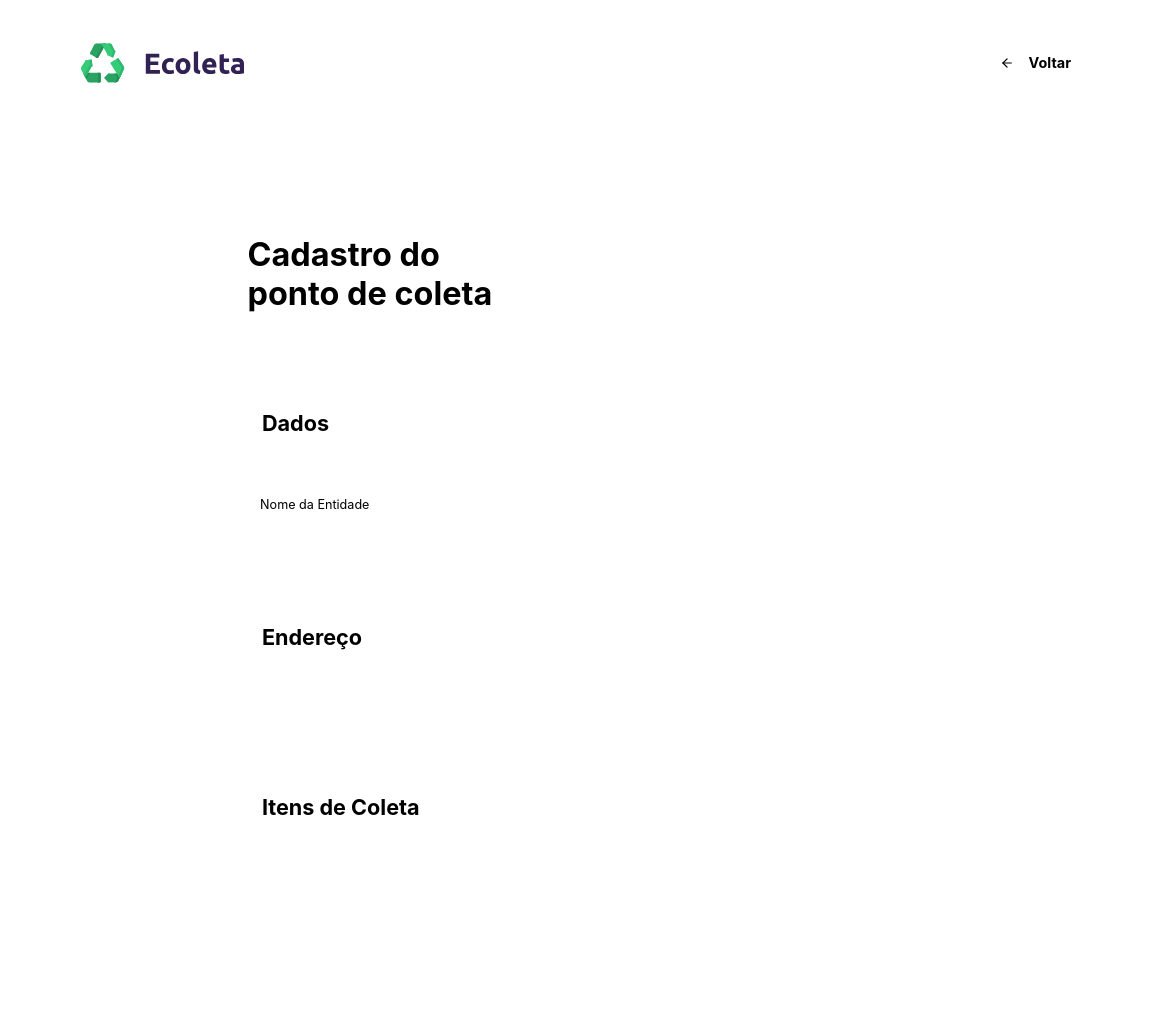
Repository: johnnedemoraesrocha/nlw-o1
Page: /create-point (app in web/)
An editor plug-in stored every save of this project. The page is shown before and after the next save, followed by the edit.
The browser window is 1280 px wide. The pictures show the whole page, at 90% of full size.
The project was rebuilt for these pictures with package versions that can differ from the ones it lists, and the page was loaded fresh each time. Also part of the build but not shown: web/src/App.css, web/src/pages/Home/Home.css, web/src/pages/Home/index.tsx.

Above is the page before, as saved 2020-06-03 22:42:23.

After the next save:
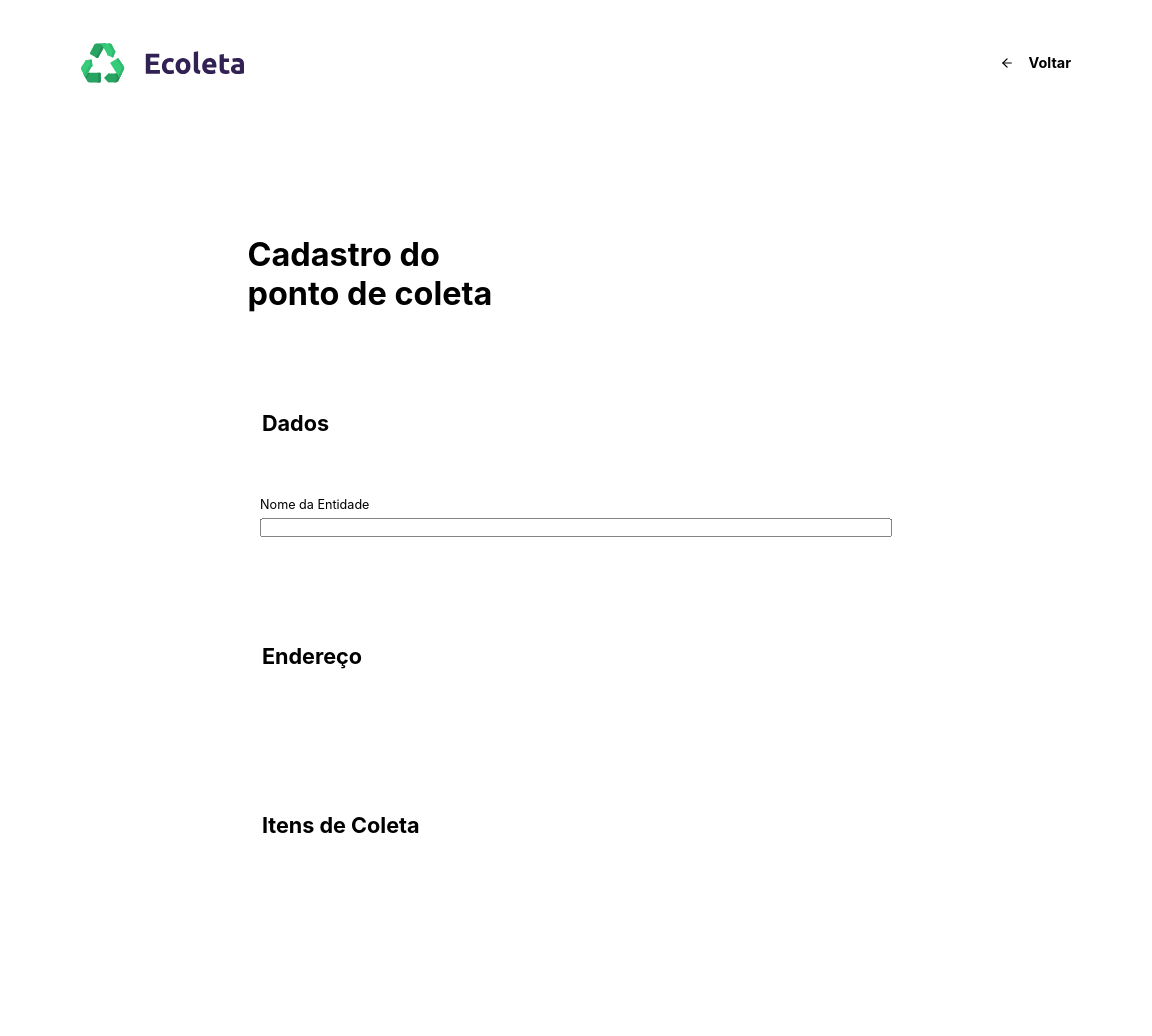
Saved 28 s later.
--- a/web/src/pages/CreatePoint/index.tsx
+++ b/web/src/pages/CreatePoint/index.tsx
@@ -27,6 +27,8 @@ const CreatePoint = () => {
 
                     <div className="field">
                         <label htmlFor="name">Nome da Entidade</label>
+                        <input>
+                        </input>
                     </div>
                 </fieldset>
 
